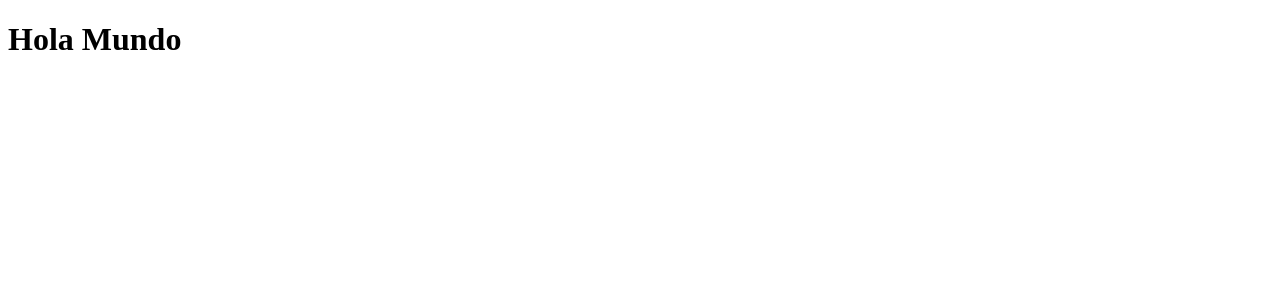
Repository: AlejandroJesusSerrano/SmartIpAlfa
Page: http://localhost/smartip/uno/
The author's editor kept a copy of each file at every save. The page is drawn from the files as they stood at one save, then again after the next save.
The browser window is 1280 px wide. The pictures show the whole page.
The page is served by the project's application, run on Django 4.2 (manage.py).

Above is the page before, as saved 2023-03-14 10:09:59.

After the next save:
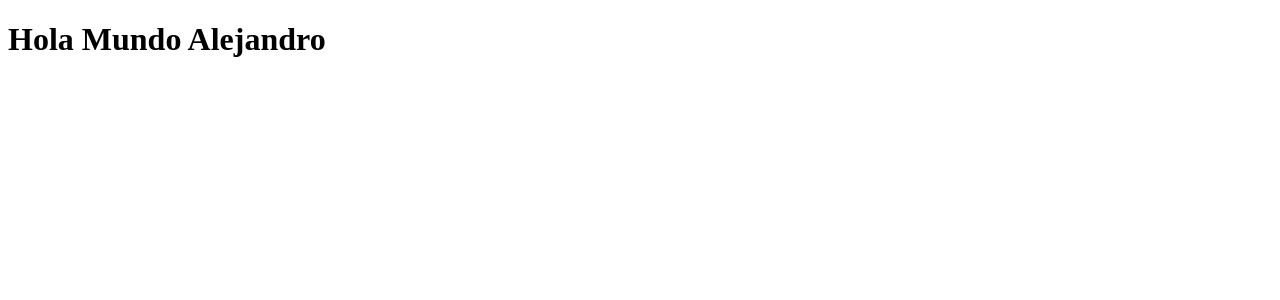
Saved 16 s later.
--- a/smartip/templates/index.html
+++ b/smartip/templates/index.html
@@ -7,6 +7,6 @@
     <title>Document</title>
 </head>
 <body>
-    <h1>Hola Mundo {{data}}</h1>
+    <h1>Hola Mundo {{name}}</h1>
 </body>
 </html>
